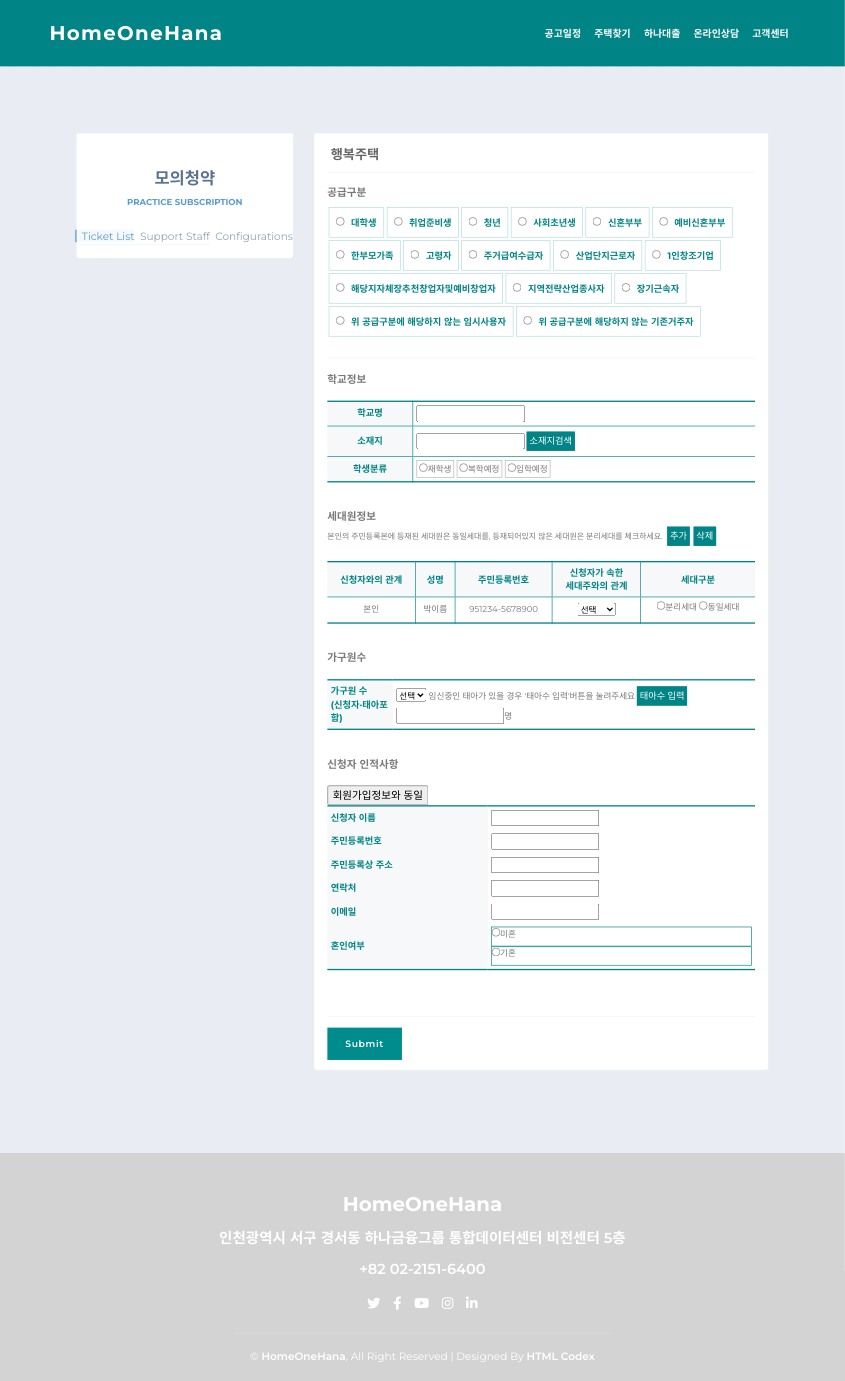
Repository: koposoftware/2021_10_syyoon
Page: http://localhost/HomeOneHana/WEB-INF/jsp/subscription/subscription.jsp
An editor plug-in stored every save of this project. The page is shown before and after the next save, followed by the edit.
The browser window is 1280 px wide. The pictures show the whole page, at 66% of full size.
Some icons come from a web library that is not loaded, so they are not drawn. Some web libraries are served in a nearby version. The page is served by Tomcat 9. Nobody is signed in. The template is opened directly, without the code that normally fills it, so the values that code supplies are empty.

Above is the page before, as saved 2021-09-15 00:51:03.

After the next save:
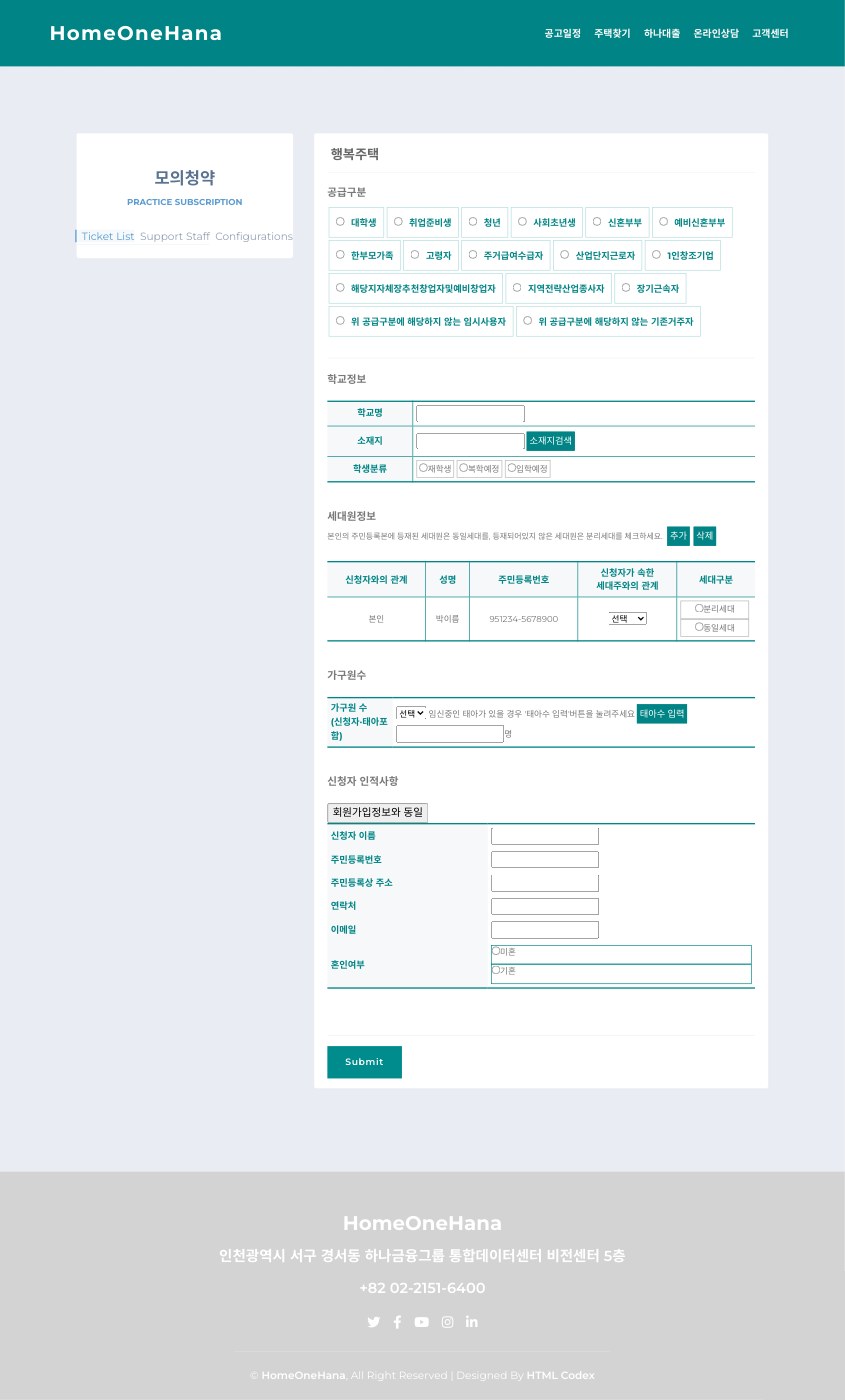
Saved 107 s later.
--- a/project/Spring-mvc/HomeOneHana/src/main/webapp/WEB-INF/jsp/subscription/subscription.jsp
+++ b/project/Spring-mvc/HomeOneHana/src/main/webapp/WEB-INF/jsp/subscription/subscription.jsp
@@ -152,8 +152,8 @@
 				                                						</select>
 				                                					</td>
 				                                					<td>
-				                                						<input type="radio" id="seperate" name="familytype" value="분리세대"><label for="seperate" >분리세대</label>
-				                                						<input type="radio" id="same" name="familytype" value="동일세대"><label for="same" >동일세대</label>
+				                                						<div class="rdoBox"><input type="radio" id="seperate" name="familytype" value="분리세대"><label for="seperate" >분리세대</label></div>
+				                                						<div class="rdoBox"><input type="radio" id="same" name="familytype" value="동일세대"><label for="same" >동일세대</label></div>
 				                                					</td>
 				                                			</tbody>
 				                                		</table>
